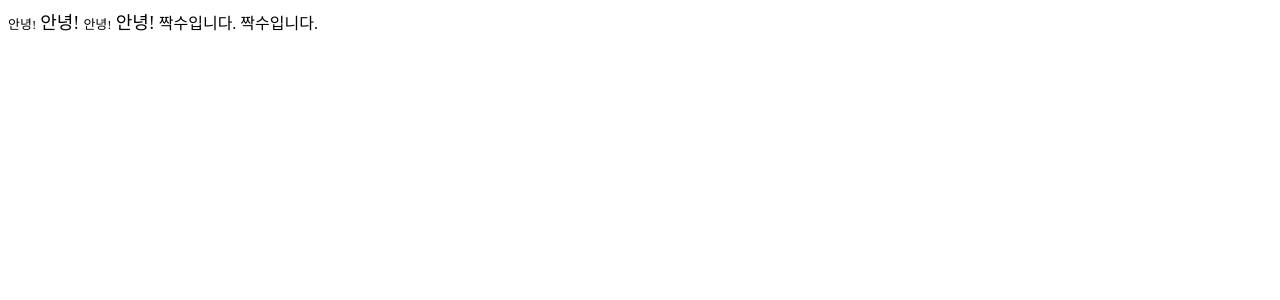
Repository: vipstard/Spring
Page: http://localhost/SpringBoard/
The author's editor kept a copy of each file at every save. The page is drawn from the files as they stood at one save, then again after a run of saves.
The browser window is 1280 px wide. The pictures show the whole page.
The page is served by Tomcat 9. Nobody is signed in. The application's start-up code is not run.

Above is the page before, as saved 2022-03-18 02:40:57.

After the next 3 saves:
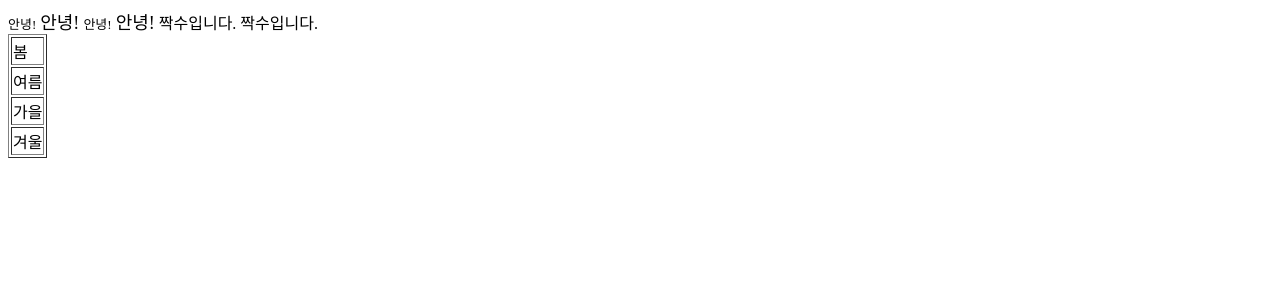
The 3 saves are shown as one change because 2 did not build or start.
The last was saved 7 min 39 s later.
--- a/SpringBoard/src/main/webapp/index.jsp
+++ b/SpringBoard/src/main/webapp/index.jsp
@@ -37,5 +37,18 @@
 	</c:when>
 </c:choose>
 
+<%
+   String[] seasons = {"봄", "여름", "가을", "겨울"};
+   request.setAttribute("seasons", seasons);
+%>
+
+<table border="1">
+   <c:forEach var="s" items="${seasons}">
+   <tr>
+      <td>${s}</td>
+   </tr>
+   </c:forEach>
+</table>
+
 </body>
 </html>
